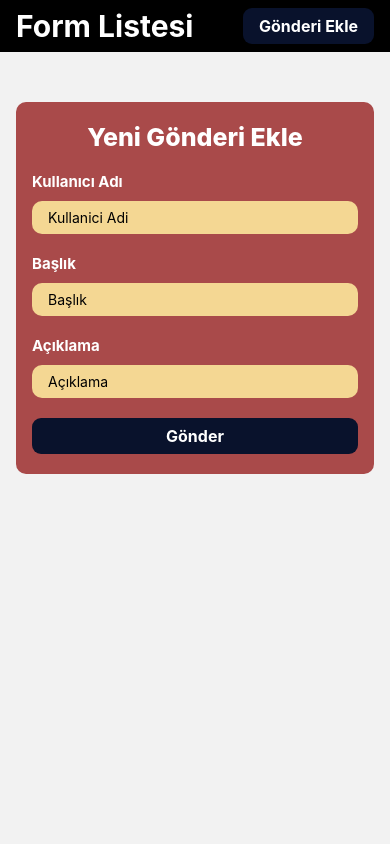
Repository: Kubraaygun/FirebaseRN
Screen: /
An editor plug-in stored every save of this project. The screen is shown before and after the next save, followed by the edit.
The app was drawn by React Native's web renderer in a window 390 px wide. The project was rebuilt for these pictures with package versions that can differ from the ones it lists, and the page was loaded fresh each time. Also part of the build but not shown: src/screens/ListPost/ListPostView.jsx, src/screens/ListPost/ListPostController.jsx.

Above is the screen before, as saved 2025-01-20 20:54:59.

After the next save:
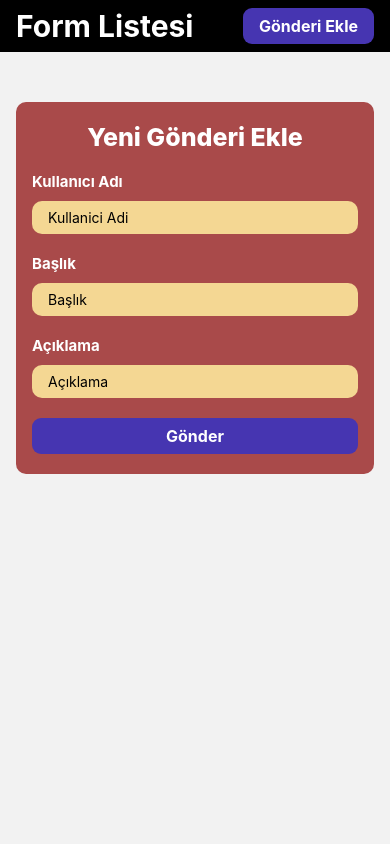
Saved 10 s later.
--- a/src/screens/component/CustomButton.jsx
+++ b/src/screens/component/CustomButton.jsx
@@ -13,7 +13,7 @@ export default CustomButton;
 
 const styles = StyleSheet.create({
   buttonContainer: {
-    backgroundColor: '#09122C',
+    backgroundColor: '#4635B1',
     paddingHorizontal: 16,
     paddingVertical: 8,
     borderRadius: 9,
